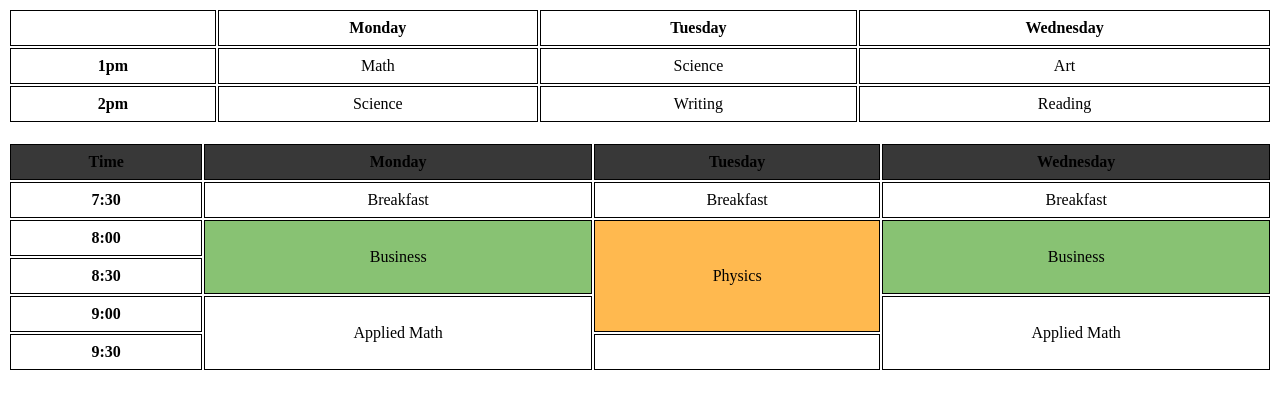
Repository: jefflai0412/website_design
Page: task1.html
An editor plug-in stored every save of this project. The page is shown before and after the next save, followed by the edit.
The browser window is 1280 px wide. The pictures show the whole page.

Above is the page before, as saved 2024-10-18 14:09:08.

### task1.html
<!DOCTYPE html>
<html lang="en">
<head>
    <meta charset="UTF-8">
    <meta name="viewport" content="width=device-width, initial-scale=1.0">
    <title>Document</title>
    <style>
        table {
            width: 100%;
            /* background-color: #efefef; */
        }

        th, td {
            border: 1px solid rgb(0, 0, 0);
            padding: 8px;
            text-align: center;
        }

        tr.first_row {
            background-color: #383838;
            font-style: italic;
        }

        th {
            /* background-color: #f2f2f2; */
        }
    </style>
</head>
<body>
    <table>
        <tr>
            <th></th>
            <th>Monday</th>
            <th>Tuesday</th>
            <th>Wednesday</th>
        </tr>

        <tr>
            <th scope="row">1pm</th>
            <td>Math</td>
            <td>Science</td>
            <td>Art</td>
        </tr>

        <tr>
            <th scope="row">2pm</th>
            <td>Science</td>
            <td>Writing</td>
            <td>Reading</td>
        </tr>
    </table>

    <br>

    <table cellpadding="10" cell-spacing="10">
        <tr id="first_row" bgcolor="#383838">
            <th>Time</th>
            <th>Monday</th>
            <th>Tuesday</th>
            <th>Wednesday</th>
        </tr>
        <tr>
            <th scope="row">7:30</th>
            <td>Breakfast</td>
            <td>Breakfast</td>
            <td>Breakfast</td>
        </tr>
        <tr>
            <th scope="row">8:00</th>
            <td rowspan="2" bgcolor="#88C273">Business</td>
            <td rowspan="3" bgcolor="#ffb94f">Physics</td>
            <td rowspan="2" bgcolor="#88C273">Business</td>
        </tr>
        <tr>
            <th scope="row">8:30</th>
        </tr>
        <tr>
            <th scope="row">9:00</th>
            <td rowspan="2">Applied Math</td>
            <td rowspan="2">Applied Math</td>
        </tr>

        <tr>
            <th scope="row">9:30</th>
            <td></td>
        </tr>
    </table>
</body>
</html>

After the next save:
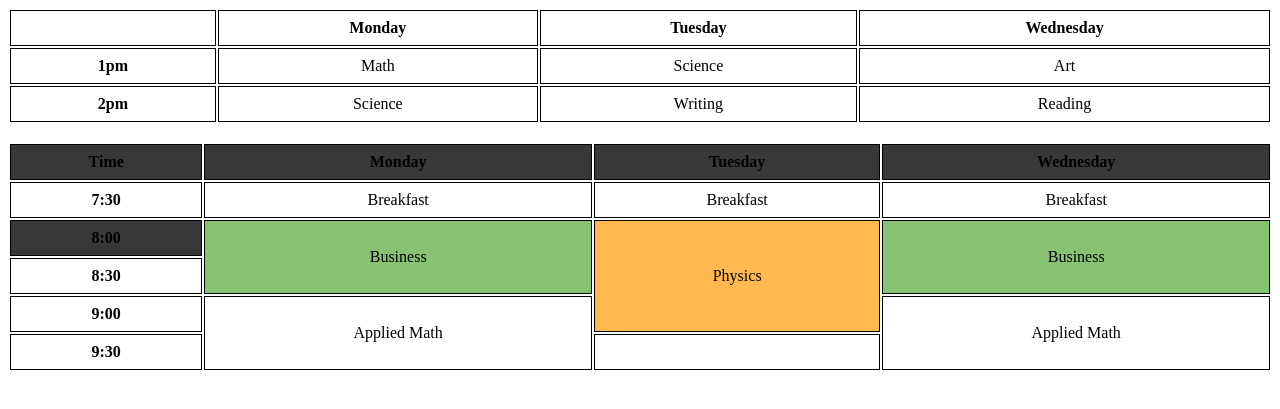
Saved 72 s later.
--- a/task1.html
+++ b/task1.html
@@ -66,7 +66,7 @@
             <td>Breakfast</td>
         </tr>
         <tr>
-            <th scope="row">8:00</th>
+            <th scope="row" bgcolor="#383838">8:00</th>
             <td rowspan="2" bgcolor="#88C273">Business</td>
             <td rowspan="3" bgcolor="#ffb94f">Physics</td>
             <td rowspan="2" bgcolor="#88C273">Business</td>
